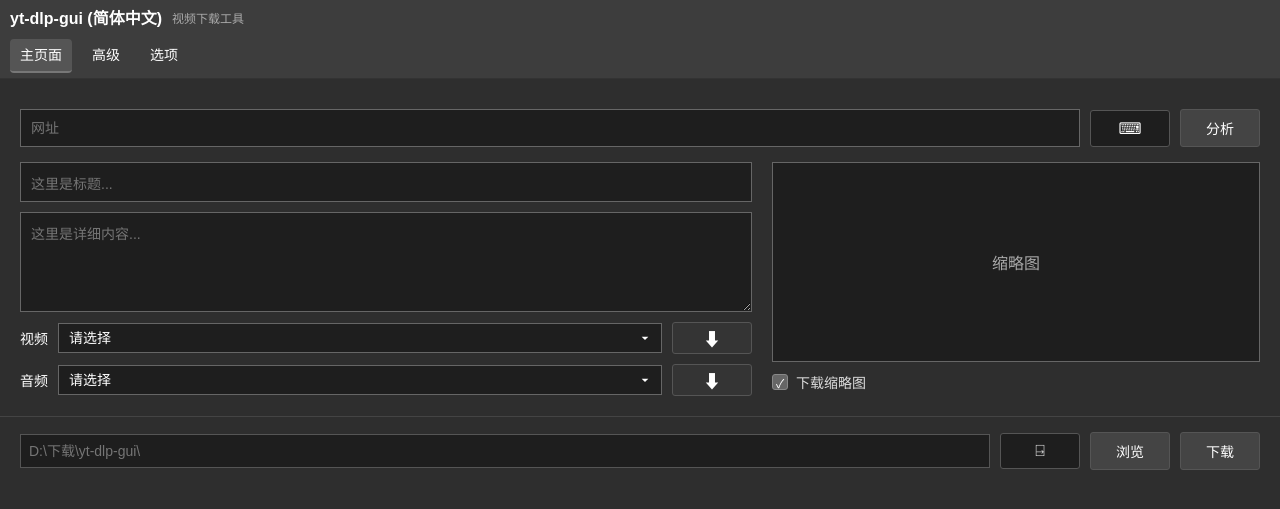
Repository: zArvin6808/yt-TubeSaver
Page: index.html
The author's editor kept a copy of each file at every save. The page is drawn from the files as they stood at one save, then again after the next save.
The browser window is 1280 px wide. The pictures show the whole page.

Above is the page before, as saved 2025-06-07 15:57:15.

### index.html
<!DOCTYPE html>
<html lang="zh-CN">
<head>
  <meta charset="UTF-8" />
  <title>yt-dlp-gui (简体中文)</title>
  <meta name="viewport" content="width=device-width, initial-scale=1.0"/>
  <link rel="stylesheet" href="style.css" />
</head>
<body>

  <!-- 标题栏 -->
  <div class="title-bar">
    <h1>yt-dlp-gui (简体中文)</h1>
    <span>视频下载工具</span>
  </div>

  <!-- 导航栏 -->
  <div class="navbar">
    <a href="#" class="nav-link active" data-page="main">主页面</a>
    <a href="#" class="nav-link" data-page="advanced">高级</a>
    <a href="#" class="nav-link" data-page="settings">选项</a>
  </div>

  <!-- 主页面内容 -->
  <div id="main" class="page active">
    <!-- 网址与按钮 占据整行 -->
    <div class="url-analysis-row">
      <input type="text" id="urlInput" placeholder="网址" />
      <button class="icon-button" id="pasteButton">⌨</button>
      <button id="analyzeButton">分析</button>
    </div>

    <!-- 主内容 -->
    <div class="main">
      <!-- 左侧面板 -->
      <div class="left-panel">
        <textarea class="title-input" id="titleInput" placeholder="这里是标题..." readonly></textarea>
        <textarea class="content-textarea" id="contentTextarea" placeholder="这里是详细内容..."></textarea>

        <!-- 视频行 -->
        <div class="select-group">
          <label for="video-select">视频</label>
          <select id="video-select">
            <option>请选择</option>
            <option value="video1">视频格式1</option>
            <option value="video2">视频格式2</option>
          </select>
          <button class="download-button" id="downloadVideoButton">⬇</button>
        </div>

        <!-- 音频行 -->
        <div class="select-group">
          <label for="audio-select">音频</label>
          <select id="audio-select">
            <option>请选择</option>
            <option value="audio1">音频格式1</option>
            <option value="audio2">音频格式2</option>
          </select>
          <button class="download-button" id="downloadAudioButton">⬇</button>
        </div>
      </div>

      <!-- 右侧面板 -->
      <div class="right-panel">
        <div class="thumbnail" id="thumbnailPreview">缩略图</div>
        <div class="checkbox-group">
          <input type="checkbox" id="download-thumb" checked />
          <label for="download-thumb">下载缩略图</label>
        </div>
      </div>
    </div>

    <!-- 路径栏 -->
    <div class="path-bar">
      <input type="text" id="pathInput" placeholder="D:\下载\yt-dlp-gui\" />
      <button class="icon-button" id="refreshPathButton">⍈</button>
      <button id="selectPathButton">浏览</button>
      <button id="downloadButton">下载</button>
    </div>
  </div>

  <!-- 高级页面 -->
  <div id="advanced" class="page">
    <div class="test-content">
      <h2>高级设置（测试页面）</h2>
      <p>这是高级设置页面的测试内容。该页面将用于配置更详细的下载选项。</p>
      <p>未来这里将包含：</p>
      <ul style="color: #aaa; margin-left: 20px;">
        <li>视频质量设置</li>
        <li>下载速度限制</li>
        <li>字幕选项</li>
        <li>格式选择</li>
      </ul>
    </div>
  </div>

  <!-- 选项页面 -->
  <div id="settings" class="page">
    <div class="test-content">
      <h2>全局设置（测试页面）</h2>
      <p>这是选项设置页面的测试内容。该页面将用于配置软件的全局设置。</p>
      <p>未来这里将包含：</p>
      <ul style="color: #aaa; margin-left: 20px;">
        <li>界面语言设置</li>
        <li>默认下载路径</li>
        <li>代理设置</li>
        <li>主题选择</li>
      </ul>
    </div>
  </div>

  <script src="script.js"></script>
</body>
</html>

### style.css
    * {
      box-sizing: border-box;
      margin: 0;
      padding: 0;
      font-family: "Microsoft YaHei", sans-serif;
    }

    body {
      background-color: #2e2e2e;
      color: #ffffff;
      display: flex;
      flex-direction: column;
      min-height: 100vh;
    }

    /* 标题栏 */
    .title-bar {
      background-color: #3d3d3d;
      display: flex;
      align-items: center;
      padding: 5px 10px;
      gap: 10px;
    }

    .title-bar h1 {
      font-size: 16px;
      margin: 0;
    }

    .title-bar span {
      font-size: 12px;
      color: #aaa;
    }

    /* 导航栏 */
    .navbar {
      background-color: #3d3d3d;
      display: flex;
      padding: 5px 10px;
      gap: 10px;
    }

    .navbar a {
      color: white;
      text-decoration: none;
      line-height: 24px;
      font-size: 14px;
      cursor: pointer;
      padding: 4px 10px;
      border-radius: 4px;
    }

    .navbar a:hover {
      background-color: #4a4a4a;
    }

    .navbar a.active {
      background-color: #555;
      font-weight: 500;
      border-bottom: 2px solid #777;
    }

    /* 页面切换相关样式 */
    .page {
      display: none;
      flex-direction: column;
      flex-grow: 1;
    }

    .page.active {
      display: flex;
    }

    /* 网址与按钮容器：占满整行 */
    .url-analysis-row {
      display: flex;
      align-items: center;
      padding: 15px 20px;
      gap: 10px;
      width: 100%;
      box-sizing: border-box;
    }

    .url-analysis-row input[type="text"] {
      background-color: #1e1e1e;
      color: #ffffff;
      border: 1px solid #666;
      padding: 10px;
      font-size: 14px;
      flex-grow: 1;
      transition: border-color 0.2s ease;
    }

    .url-analysis-row input[type="text"]:focus {
      outline: none;
      border-color: #888;
      box-shadow: 0 0 0 2px rgba(150, 150, 150, 0.2);
    }

    /* 主内容容器 */
    .main {
      display: flex;
      flex-direction: row;
      padding: 0 20px 20px 20px;
      gap: 20px;
      flex-grow: 1;
    }

    /* 左侧区域 */
    .left-panel {
      display: flex;
      flex-direction: column;
      width: 60%;
      gap: 10px;
    }

    .title-input {
      background-color: #1e1e1e;
      color: #ffffff;
      border: 1px solid #666;
      padding: 10px;
      font-size: 14px;
      height: 40px;
      resize: none;
      transition: border-color 0.2s ease;
    }

    .title-input:focus {
      outline: none;
      border-color: #888;
      box-shadow: 0 0 0 2px rgba(150, 150, 150, 0.2);
    }

    .content-textarea {
      background-color: #1e1e1e;
      color: #ffffff;
      border: 1px solid #666;
      padding: 10px;
      font-size: 14px;
      resize: vertical;
      height: 100px;
      flex-grow: 1;
      transition: border-color 0.2s ease;
    }

    .content-textarea:focus {
      outline: none;
      border-color: #888;
      box-shadow: 0 0 0 2px rgba(150, 150, 150, 0.2);
    }

    /* 视频/音频选择器 - 每组一行 */
    .select-group {
      display: flex;
      align-items: center;
      gap: 10px;
    }

    select {
      background-color: #1e1e1e;
      color: #ffffff;
      border: 1px solid #666;
      padding: 6px 10px;
      font-size: 14px;
      flex-grow: 1;
      transition: border-color 0.2s ease;
      appearance: none;
      background-image: url("data:[embedded picture, 150 characters]");
      background-repeat: no-repeat;
      background-position: right 8px center;
      background-size: 16px;
    }

    select:focus {
      outline: none;
      border-color: #888;
      box-shadow: 0 0 0 2px rgba(150, 150, 150, 0.2);
    }

    label {
      font-size: 14px;
      text-align: right;
      flex-shrink: 0;
    }

    /* 基础按钮样式 */
    button {
      background-color: #444;
      color: white;
      border: 1px solid #555;
      padding: 8px 12px;
      cursor: pointer;
      font-size: 14px;
      transition: all 0.2s ease;
      border-radius: 3px;
      min-width: 80px;
    }

    button:hover {
      background-color: #555;
      border-color: #666;
    }

    button:active {
      background-color: #3a3a3a;
    }

    button.primary {
      background-color: #666;
      border-color: #777;
    }

    button.primary:hover {
      background-color: #777;
    }

    button.primary:active {
      background-color: #5a5a5a;
    }

    /* 图标按钮样式 */
    .icon-button {
      background-color: #1e1e1e;
      color: #ffffff;
      border: 1px solid #555;
      cursor: pointer;
      font-size: 16px;
      transition: all 0.2s ease;
      display: flex;
      justify-content: center;
      align-items: center;
      border-radius: 3px;
    }

    .icon-button:hover {
      border-color: #666;
      background-color: #252525;
    }

    .icon-button:active {
      background-color: #1a1a1a;
    }

    /* 下载图标按钮样式 */
    .download-button {
      width: 32px;
      height: 32px;
      display: flex;
      justify-content: center;
      align-items: center;
      font-size: 18px;
      padding: 0;
      background-color: #343434;
      border: 1px solid #555;
      border-radius: 3px;
    }
    .download-button:hover {
      background-color: #555;
    }
    .download-button:active {
      background-color: #2e2e2e;
    }

    /* 右侧面板：缩略图和下载缩略图选项 */
    .right-panel {
      display: flex;
      flex-direction: column;
      width: 40%;
      gap: 10px;
    }

    .thumbnail {
      width: 100%;
      height: 200px;
      background-color: #1e1e1e;
      display: flex;
      justify-content: center;
      align-items: center;
      color: #aaa;
      font-size: 16px;
      border: 1px solid #666;
      transition: all 0.2s ease;
    }

    .thumbnail.loading {
      background-color: #252525;
      border-color: #888;
    }

    .thumbnail img {
      max-width: 100%;
      max-height: 100%;
      object-fit: contain;
    }

    .checkbox-group {
      display: flex;
      align-items: center;
      gap: 8px;
    }

    .checkbox-group input[type="checkbox"] {
      appearance: none;
      width: 16px;
      height: 16px;
      border: 1px solid #666;
      background-color: #1e1e1e;
      border-radius: 3px;
      cursor: pointer;
      position: relative;
      transition: all 0.2s ease;
    }

    .checkbox-group input[type="checkbox"]:checked {
      background-color: #666;
      border-color: #888;
    }

    .checkbox-group input[type="checkbox"]:checked::after {
      content: "✓";
      position: absolute;
      color: white;
      font-size: 12px;
      top: 50%;
      left: 50%;
      transform: translate(-50%, -50%);
    }

    .checkbox-group input[type="checkbox"]:focus {
      outline: none;
      box-shadow: 0 0 0 2px rgba(150, 150, 150, 0.2);
    }

    .checkbox-group label {
      font-size: 14px;
      color: #ddd;
      cursor: pointer;
    }

    /* 路径栏 */
    .path-bar {
      display: flex;
      align-items: center;
      gap: 10px;
      padding: 15px 20px;
      background-color: #2e2e2e;
      border-top: 1px solid #444;
    }

    .path-bar input {
      flex-grow: 1;
      padding: 8px;
      background-color: #1e1e1e;
      color: #fff;
      border: 1px solid #555;
      font-size: 14px;
    }

    /* 测试页面样式 */
    .test-content {
      padding: 20px;
      display: flex;
      flex-direction: column;
      gap: 20px;
    }

    .test-content h2 {
      color: #fff;
      font-size: 18px;
      margin-bottom: 10px;
    }

    .test-content p {
      color: #aaa;
      font-size: 14px;
      line-height: 1.6;
    }

    /* 导航栏 */
    .navbar {
      display: flex;
      border-bottom: 1px solid #333;
      margin-bottom: 15px;
    }

    .nav-link {
      padding: 10px 15px;
      color: #aaa;
      text-decoration: none;
      transition: all 0.2s ease;
    }

    .nav-link:hover {
      color: #fff;
      background-color: #333;
    }

    .nav-link.active {
      color: #fff;
      border-bottom: 2px solid #4a8cff;
    }

    /* 页面切换 */
    .page {
      display: none;
    }

    .page.active {
      display: block;
    }

    /* 加载状态 */
    button[disabled] {
      opacity: 0.7;
      cursor: not-allowed;
    }

    .spinner {
      display: inline-block;
      width: 12px;
      height: 12px;
      border: 2px solid rgba(255,255,255,0.3);
      border-radius: 50%;
      border-top-color: #fff;
      animation: spin 1s ease-in-out infinite;
      margin-right: 5px;
    }

    @keyframes spin {
      to { transform: rotate(360deg); }
    }

    /* 提示消息 */
    .toast {
      position: fixed;
      bottom: 20px;
      left: 50%;
      transform: translateX(-50%);
      padding: 12px 24px;
      border-radius: 4px;
      color: white;
      z-index: 1000;
      animation: slideIn 0.3s ease-out;
    }

    .toast-info {
      background-color: #444;
    }

    .toast-success {
      background-color: #2d7d46;
    }

    .toast-error {
      background-color: #c42b1c;
    }

    .toast.fade-out {
      animation: fadeOut 0.3s ease-in;
      opacity: 0;
    }

    @keyframes slideIn {
      from {
        transform: translateX(-50%) translateY(20px);
        opacity: 0;
      }
      to {
        transform: translateX(-50%) translateY(0);
        opacity: 1;
      }
    }

    @keyframes fadeOut {
      from {
        opacity: 1;
      }
      to {
        opacity: 0;
      }
    }

    /* 输入验证 */
    input:invalid {
      border-color: #c42b1c !important;
    }

    /* 缩略图显示优化 */
    .thumbnail {
      background-size: cover;
      background-position: center;
      transition: background-image 0.3s ease;
    }

    /* 滚动条样式 */
    ::-webkit-scrollbar {
      width: 10px;
      height: 10px;
    }
    ::-webkit-scrollbar-track {
      background: #1e1e1e;
      border-radius: 5px;
    }
    ::-webkit-scrollbar-thumb {
      background: #666;
      border-radius: 5px;
      border: 2px solid #1e1e1e;
      transition: background 0.2s ease;
    }
    ::-webkit-scrollbar-thumb:hover {
      background: #777;
    }
    ::-webkit-scrollbar-corner {
      background: #1e1e1e;
    }

### script.js
// 页面切换逻辑
function switchPage(pageId) {
    // 移除所有页面的active类
    document.querySelectorAll('.page').forEach(page => {
        page.classList.remove('active');
    });

    // 移除所有导航项的active类
    document.querySelectorAll('.navbar a').forEach(nav => {
        nav.classList.remove('active');
    });

    // 激活选中的页面
    document.getElementById(pageId).classList.add('active');

    // 激活对应的导航项
    document.querySelector(`.navbar a[data-page="${pageId}"]`).classList.add('active');
}

// 初始化页面
document.addEventListener('DOMContentLoaded', () => {
    // 为所有导航链接添加点击事件
    document.querySelectorAll('.navbar a').forEach(link => {
        link.addEventListener('click', (e) => {
            e.preventDefault();
            const pageId = link.getAttribute('data-page');
            switchPage(pageId);
        });
    });

    // 默认显示main页面
    switchPage('main');

    // 绑定按钮事件

    // 粘贴按钮点击事件
    document.getElementById('pasteButton').addEventListener('click', async () => {
        try {
            const text = await navigator.clipboard.readText();
            document.getElementById('urlInput').value = text;
            showToast('已粘贴剪贴板内容', 'success');
        } catch (error) {
            console.error('粘贴失败:', error);
            showToast('粘贴失败: ' + error.message, 'error');
        }
    });

    // URL分析按钮点击事件
    document.getElementById('analyzeButton').addEventListener('click', async () => {
        const urlInput = document.getElementById('urlInput');
        const url = urlInput.value.trim();

        if (!url) {
            showToast('请输入有效的YouTube URL', 'error');
            urlInput.focus();
            return;
        }

        if (!isValidYouTubeUrl(url)) {
            showToast('请输入有效的YouTube视频链接', 'error');
            return;
        }

        const button = document.getElementById('analyzeButton');
        const originalText = button.textContent;
        button.disabled = true;
        button.innerHTML = '<span class="spinner"></span>分析中...';

        try {
            // 模拟API请求
            const videoInfo = await analyzeYouTubeUrl(url);

            // 更新UI
            document.getElementById('titleInput').value = videoInfo.title;
            document.getElementById('contentTextarea').value = videoInfo.description;
            document.getElementById('thumbnailPreview').style.backgroundImage = `url(${videoInfo.thumbnail})`;
            document.getElementById('thumbnailPreview').textContent = '';

            // 填充格式选项
            updateFormatOptions(videoInfo.formats);

            showToast('视频信息获取成功', 'success');
        } catch (error) {
            console.error('分析URL失败:', error);
            showToast('分析失败: ' + error.message, 'error');
        } finally {
            button.disabled = false;
            button.textContent = originalText;
        }
    });

    // 下载按钮点击事件
    document.getElementById('downloadButton').addEventListener('click', async () => {
        const path = document.getElementById('pathInput').value.trim();
        if (!path) {
            showToast('请选择保存路径', 'error');
            return;
        }

        const button = document.getElementById('downloadButton');
        const originalText = button.textContent;
        button.disabled = true;
        button.innerHTML = '<span class="spinner"></span>下载中...';

        try {
            // 模拟下载过程
            await downloadVideo({
                url: document.getElementById('urlInput').value,
                path: path,
                downloadThumbnail: document.getElementById('download-thumb').checked
            });

            showToast('下载完成', 'success');
        } catch (error) {
            console.error('下载失败:', error);
            showToast('下载失败: ' + error.message, 'error');
        } finally {
            button.disabled = false;
            button.textContent = originalText;
        }
    });

    // 选择保存路径按钮点击事件
    document.getElementById('selectPathButton').addEventListener('click', async () => {
        try {
            // 使用Electron的dialog API选择路径
            const path = await window.electron.showOpenDialog({
                properties: ['openDirectory']
            });

            if (path && path.length > 0) {
                document.getElementById('pathInput').value = path[0];
                showToast('路径设置成功', 'success');
            }
        } catch (error) {
            console.error('选择路径失败:', error);
            showToast('选择路径失败', 'error');
        }
    });

    // 刷新路径按钮点击事件
    document.getElementById('refreshPathButton').addEventListener('click', () => {
        document.getElementById('pathInput').value = 'D:\\下载\\yt-dlp-gui\\';
        showToast('已重置默认路径', 'info');
    });

    // 视频下载按钮点击事件
    document.getElementById('downloadVideoButton').addEventListener('click', () => {
        const select = document.getElementById('video-select');
        if (select.value === '请选择') {
            showToast('请选择视频格式', 'error');
            return;
        }
        showToast(`开始下载视频: ${select.value}`, 'info');
    });

    // 音频下载按钮点击事件
    document.getElementById('downloadAudioButton').addEventListener('click', () => {
        const select = document.getElementById('audio-select');
        if (select.value === '请选择') {
            showToast('请选择音频格式', 'error');
            return;
        }
        showToast(`开始下载音频: ${select.value}`, 'info');
    });

    // 辅助函数
    function isValidYouTubeUrl(url) {
        const pattern = /^(https?:\/\/)?(www\.)?(youtube\.com|youtu\.?be)\/.+/;
        return pattern.test(url);
    }

    function showToast(message, type = 'info') {
        const toast = document.createElement('div');
        toast.className = `toast toast-${type}`;
        toast.textContent = message;
        document.body.appendChild(toast);

        setTimeout(() => {
            toast.classList.add('fade-out');
            setTimeout(() => toast.remove(), 300);
        }, 3000);
    }

    // 模拟API函数
    async function analyzeYouTubeUrl(url) {
        return new Promise((resolve) => {
            setTimeout(() => {
                resolve({
                    title: '示例视频标题',
                    description: '这是视频的详细描述信息...',
                    thumbnail: 'https://i.ytimg.com/vi/dQw4w9WgXcQ/maxresdefault.jpg',
                    formats: {
                        video: ['1080p', '720p', '480p'],
                        audio: ['mp3', 'aac', 'opus']
                    }
                });
            }, 1500);
        });
    }

    function updateFormatOptions(formats) {
        const videoSelect = document.getElementById('video-select');
        const audioSelect = document.getElementById('audio-select');

        // 清空现有选项
        videoSelect.innerHTML = '<option>请选择</option>';
        audioSelect.innerHTML = '<option>请选择</option>';

        // 添加视频格式
        formats.video.forEach(format => {
            const option = document.createElement('option');
            option.value = format;
            option.textContent = format;
            videoSelect.appendChild(option);
        });

        // 添加音频格式
        formats.audio.forEach(format => {
            const option = document.createElement('option');
            option.value = format;
            option.textContent = format;
            audioSelect.appendChild(option);
        });
    }

    async function downloadVideo(options) {
        return new Promise((resolve) => {
            setTimeout(() => {
                console.log('下载完成:', options);
                resolve();
            }, 3000);
        });
    }

    // 页面切换
    document.querySelectorAll('.nav-link').forEach(link => {
        link.addEventListener('click', (e) => {
            e.preventDefault();
            const page = link.dataset.page;

            // 更新导航栏状态
            document.querySelectorAll('.nav-link').forEach(navLink => {
                navLink.classList.remove('active');
            });
            link.classList.add('active');

            // 切换页面
            document.querySelectorAll('.page').forEach(pageElement => {
                pageElement.classList.remove('active');
            });
            document.getElementById(page).classList.add('active');
        });
    });

    // 粘贴按钮点击事件
    document.getElementById('pasteButton')?.addEventListener('click', async () => {
        try {
            const button = document.getElementById('pasteButton');
            const originalText = button.textContent;
            button.disabled = true;
            button.innerHTML = '<span class="spinner"></span>粘贴中...';

            const text = await navigator.clipboard.readText();
            document.getElementById('urlInput').value = text;
            showToast('已粘贴剪贴板内容', 'success');
        } catch (error) {
            console.error('粘贴失败:', error);
            showToast('粘贴失败: ' + error.message, 'error');
        } finally {
            const button = document.getElementById('pasteButton');
            button.disabled = false;
            button.textContent = '粘贴';
        }
    });

    // 视频下载按钮点击事件
    document.getElementById('downloadVideoButton')?.addEventListener('click', async () => {
        const select = document.getElementById('video-select');
        if (select.value === '请选择') {
            showToast('请选择视频格式', 'error');
            return;
        }

        const button = document.getElementById('downloadVideoButton');
        const originalText = button.textContent;
        button.disabled = true;
        button.innerHTML = '<span class="spinner"></span>下载中...';

        try {
            // 模拟下载过程
            await downloadVideo({
                url: document.getElementById('urlInput').value,
                format: select.value,
                type: 'video'
            });

            showToast(`视频下载完成: ${select.value}`, 'success');
        } catch (error) {
            console.error('视频下载失败:', error);
            showToast('视频下载失败: ' + error.message, 'error');
        } finally {
            button.disabled = false;
            button.textContent = originalText;
        }
    });

    // 音频下载按钮点击事件
    document.getElementById('downloadAudioButton')?.addEventListener('click', async () => {
        const select = document.getElementById('audio-select');
        if (select.value === '请选择') {
            showToast('请选择音频格式', 'error');
            return;
        }

        const button = document.getElementById('downloadAudioButton');
        const originalText = button.textContent;
        button.disabled = true;
        button.innerHTML = '<span class="spinner"></span>下载中...';

        try {
            // 模拟下载过程
            await downloadVideo({
                url: document.getElementById('urlInput').value,
                format: select.value,
                type: 'audio'
            });

            showToast(`音频下载完成: ${select.value}`, 'success');
        } catch (error) {
            console.error('音频下载失败:', error);
            showToast('音频下载失败: ' + error.message, 'error');
        } finally {
            button.disabled = false;
            button.textContent = originalText;
        }
    });

    // 刷新路径按钮点击事件
    document.getElementById('refreshPathButton')?.addEventListener('click', () => {
        document.getElementById('pathInput').value = 'D:\\下载\\yt-dlp-gui\\';
        showToast('已重置默认路径', 'info');
    });
});

After the next save:
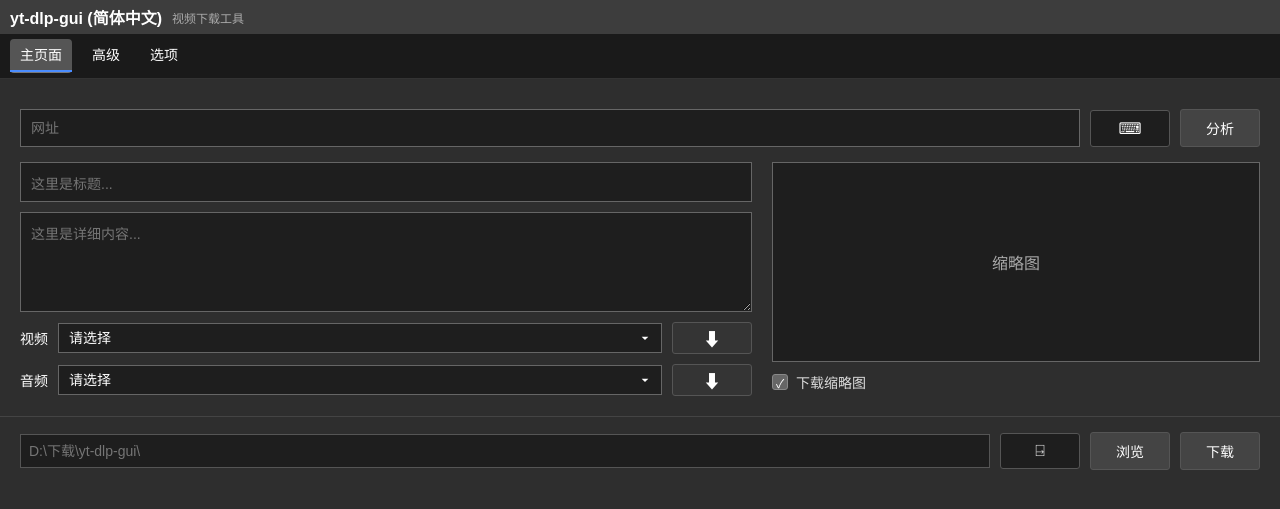
Saved 49 s later.
--- a/style.css
+++ b/style.css
@@ -381,49 +381,84 @@
       display: flex;
       border-bottom: 1px solid #333;
       margin-bottom: 15px;
+      background-color: #1a1a1a;
     }
 
     .nav-link {
-      padding: 10px 15px;
+      padding: 12px 20px;
       color: #aaa;
       text-decoration: none;
       transition: all 0.2s ease;
+      font-size: 14px;
+      position: relative;
     }
 
     .nav-link:hover {
       color: #fff;
-      background-color: #333;
+      background-color: #252525;
     }
 
     .nav-link.active {
       color: #fff;
-      border-bottom: 2px solid #4a8cff;
+      background-color: #252525;
+    }
+
+    .nav-link.active::after {
+      content: '';
+      position: absolute;
+      bottom: -1px;
+      left: 0;
+      right: 0;
+      height: 2px;
+      background-color: #4a8cff;
     }
 
     /* 页面切换 */
     .page {
       display: none;
+      animation: fadeIn 0.3s ease-out;
     }
 
     .page.active {
       display: block;
     }
 
-    /* 加载状态 */
+    @keyframes fadeIn {
+      from { opacity: 0; transform: translateY(10px); }
+      to { opacity: 1; transform: translateY(0); }
+    }
+
+    /* 按钮状态 */
+    button {
+      transition: all 0.2s ease;
+      position: relative;
+    }
+
+    button:hover {
+      filter: brightness(1.1);
+    }
+
+    button:active {
+      transform: translateY(1px);
+    }
+
     button[disabled] {
       opacity: 0.7;
       cursor: not-allowed;
-    }
-
+      transform: none !important;
+    }
+
+    /* 加载动画 */
     .spinner {
       display: inline-block;
-      width: 12px;
-      height: 12px;
+      width: 14px;
+      height: 14px;
       border: 2px solid rgba(255,255,255,0.3);
       border-radius: 50%;
       border-top-color: #fff;
       animation: spin 1s ease-in-out infinite;
-      margin-right: 5px;
+      margin-right: 8px;
+      vertical-align: middle;
     }
 
     @keyframes spin {
